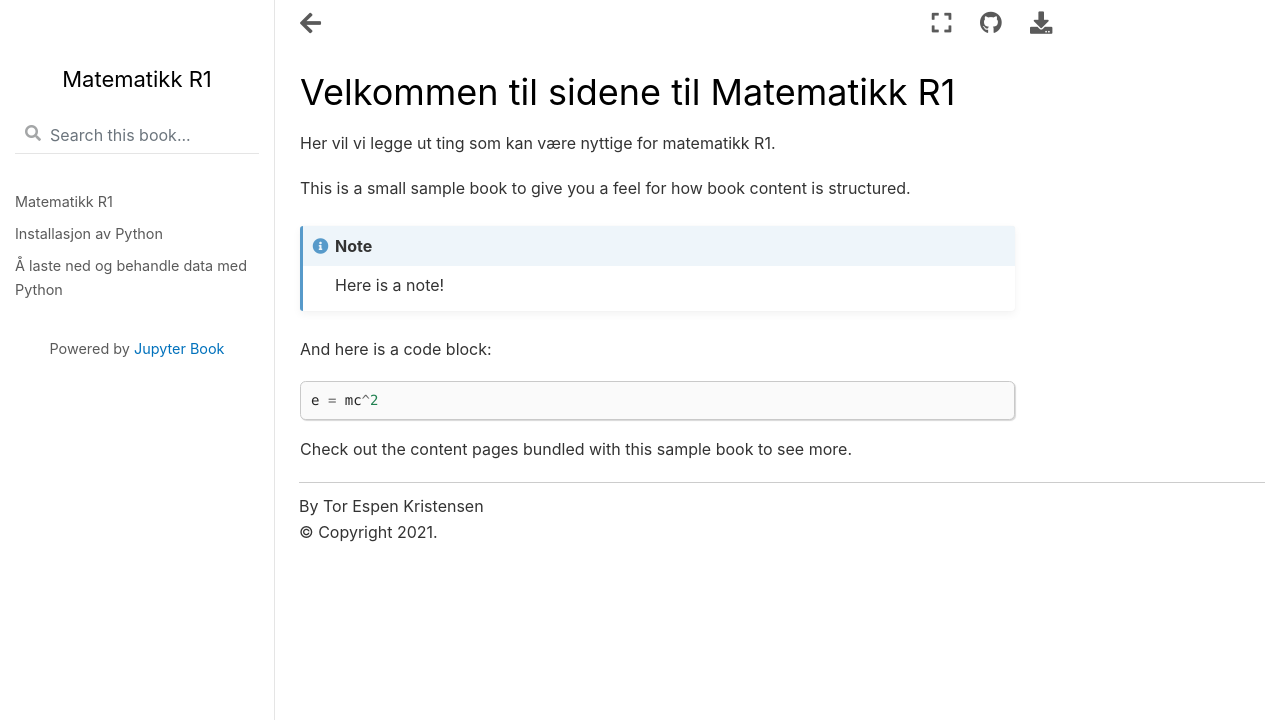
Repository: tork73/R1
Page: R1-programmering/_build/html/intro.html
These files come from the project's save history. The page is drawn as it stood at one moment and after the next save; the edit follows.
The browser window is 1280 px wide. The pictures show the whole page.

Above is the page before, as saved 2022-01-31 10:33:00.

After the next save:
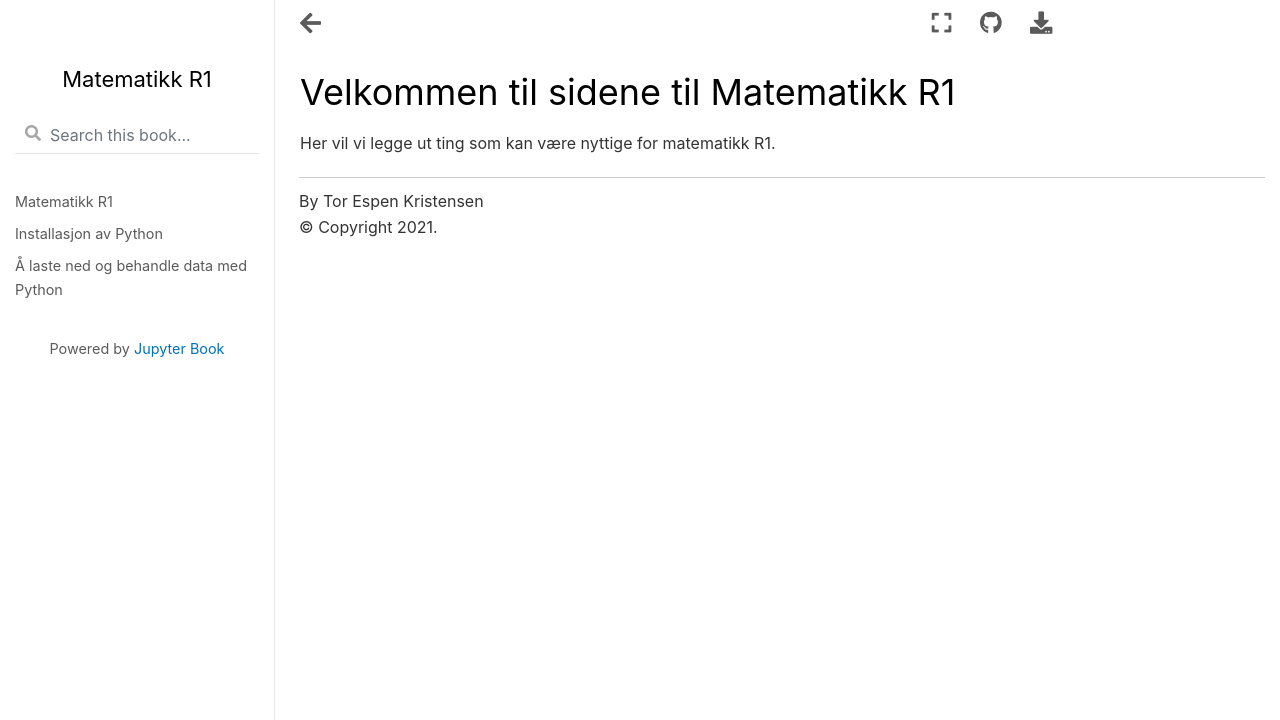
Saved 5 s later.
--- a/R1-programmering/_build/html/intro.html
+++ b/R1-programmering/_build/html/intro.html
@@ -142,7 +142,7 @@
         <!-- ipynb file if we had a myst markdown file -->
 
         <!-- Download raw file -->
-        <a class="dropdown-buttons" href="../_sources/.history/intro_20220131103300.md"><button type="button"
+        <a class="dropdown-buttons" href="../_sources/.history/intro_20220131103305.md"><button type="button"
                 class="btn btn-secondary topbarbtn" title="Download source file" data-toggle="tooltip"
                 data-placement="left">.md</button></a>
         <!-- Download PDF via print -->
@@ -162,7 +162,7 @@
                 data-toggle="tooltip" data-placement="left" title="Source repository"><i
                     class="fab fa-github"></i>repository</button></a>
         <a class="issues-button"
-            href="https://github.com/executablebooks/jupyter-book/issues/new?title=Issue%20on%20page%20%2F.history/intro_20220131103300.html&body=Your%20issue%20content%20here."><button
+            href="https://github.com/executablebooks/jupyter-book/issues/new?title=Issue%20on%20page%20%2F.history/intro_20220131103305.html&body=Your%20issue%20content%20here."><button
                 type="button" class="btn btn-secondary topbarbtn" data-toggle="tooltip" data-placement="left"
                 title="Open an issue"><i class="fas fa-lightbulb"></i>open issue</button></a>
 
@@ -204,17 +204,6 @@
   <div class="tex2jax_ignore mathjax_ignore section" id="velkommen-til-sidene-til-matematikk-r1">
 <h1>Velkommen til sidene til Matematikk R1<a class="headerlink" href="#velkommen-til-sidene-til-matematikk-r1" title="Permalink to this headline">¶</a></h1>
 <p>Her vil vi legge ut ting som kan være nyttige for matematikk R1.</p>
-<p>This is a small sample book to give you a feel for how book content is
-structured.</p>
-<div class="admonition note">
-<p class="admonition-title">Note</p>
-<p>Here is a note!</p>
-</div>
-<p>And here is a code block:</p>
-<div class="highlight-default notranslate"><div class="highlight"><pre><span></span><span class="n">e</span> <span class="o">=</span> <span class="n">mc</span><span class="o">^</span><span class="mi">2</span>
-</pre></div>
-</div>
-<p>Check out the content pages bundled with this sample book to see more.</p>
 </div>
 
     <script type="text/x-thebe-config">
